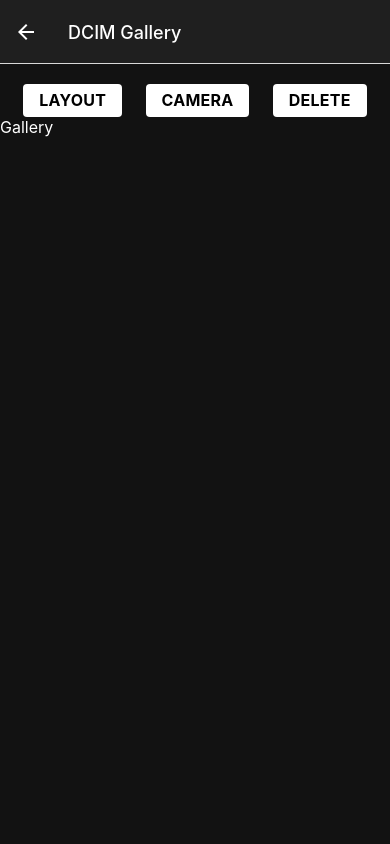
Repository: jzielinski47/react-native-camera-app
Screen: /gallery
An editor plug-in stored every save of this project. The screen is shown before and after the next save, followed by the edit.
The app was drawn by React Native's web renderer in a window 390 px wide. The project was rebuilt for these pictures with package versions that can differ from the ones it lists, and the page was loaded fresh each time.

Above is the screen before, as saved 2022-12-04 15:13:45.

### App.jsx
import * as React from 'react';
import { NavigationContainer } from '@react-navigation/native';
import { createNativeStackNavigator } from '@react-navigation/native-stack';
import { StyleSheet, Text, View, StatusBar } from 'react-native';

import Main from './screens/Main';
import Gallery from './screens/Gallery';

const Stack = createNativeStackNavigator();

export default function App() {
  return (
    <NavigationContainer >
      <Stack.Navigator initialRouteName="main">
        <Stack.Screen name="main" component={Main} options={{ headerShown: false }} />
        <Stack.Screen name="gallery" component={Gallery} options={{ title: 'DCIM Gallery', headerStyle: { backgroundColor: '#1f1f1f' }, headerTintColor: '#fff', }} />
      </Stack.Navigator>
      <StatusBar style="auto" />
    </NavigationContainer>
  );
}

const styles = StyleSheet.create({
  container: { flex: 1, backgroundColor: '#121212' },
});

### screens/Main.jsx
import { StyleSheet, Text, View, StatusBar, ActivityIndicator, TouchableOpacity, ImageBackground, Image } from 'react-native';
import React from 'react'
import CustomButton from '../components/CustomButton';

const image = { uri: "https://images.pexels.com/photos/821749/pexels-photo-821749.jpeg" };

const Main = ({ navigation }) => {
    return (
        <View style={styles.container}>
            <ImageBackground source={image} style={styles.image} blurRadius={0} imageStyle={styles.cover}>
                <Image style={styles.icon} />
                <Text style={styles.title}>Camera App</Text>
                <Text style={styles.text}>Manage your photo gallery</Text>
                <CustomButton title={'Get started'} onPress={() => navigation.navigate('gallery')} />
            </ImageBackground>
        </View>
    )
}

const styles = StyleSheet.create({
    container: { flex: 1, backgroundColor: '#121212' },
    image: { flex: 1, resizeMode: 'cover', justifyContent: 'center', alignItems: 'center' },
    cover: { opacity: 0.7 },
    icon: { width: 50, height: 50, margin: 10 },
    title: { color: 'white', fontWeight: 'bold', fontSize: 32, marginBottom: 5 },
    text: { color: 'white', fontSize: 16, marginBottom: 30 }
});

export default Main;

### screens/Gallery.jsx
import { StyleSheet, Text, View, StatusBar, ActivityIndicator, TouchableOpacity, ImageBackground, Image } from 'react-native';
import React from 'react'
import CustomButtonEmp from '../components/CustomButtonEmp';

export default function Gallery() {
    return (
        <View style={styles.container}>
            <View style={styles.headlineBtns}>
                <CustomButtonEmp title={'layout'} onPress={() => console.log('layout')} />
                <CustomButtonEmp title={'camera'} onPress={() => console.log('camera')} />
                <CustomButtonEmp title={'delete'} onPress={() => console.log('delete')} />
            </View>
            <View>
                <Text style={styles.text}>Gallery</Text>
            </View>
        </View>
    )
}

const styles = StyleSheet.create({
    container: { flex: 1, backgroundColor: '#121212' },
    headlineBtns: { flexDirection: 'row', justifyContent: 'space-evenly', paddingTop: '5%' },
    gallery: { flex: 1, justifyContent: 'center', backgroundColor: 'red', paddingTop: '5%' },
    image: { flex: 1, justifyContent: 'center', alignItems: 'center' },
    icon: { width: 50, height: 50, margin: 10 },
    title: { color: 'white', fontWeight: 'bold', fontSize: 32, marginBottom: 5 },
    text: { color: 'white', fontSize: 16, marginBottom: 30 }
});

### components/CustomButton.jsx
import React from 'react';
import { StyleSheet, Text, View, StatusBar, ActivityIndicator, TouchableOpacity } from 'react-native';

const CustomButton = ({ title, onPress }) => {
    return (
        <TouchableOpacity onPress={onPress} style={styles.button}>
            <Text style={styles.text}>{title}</Text>
        </TouchableOpacity>
    );
};

const styles = StyleSheet.create({
    button: {
        alignItems: 'center',
        justifyContent: 'center',
        paddingVertical: 12,
        paddingHorizontal: 32,
        borderRadius: 4,
        // borderRadius: 30,
        elevation: 3,
        backgroundColor: 'black',
    },
    text: {
        fontSize: 16,
        lineHeight: 21,
        fontWeight: 'bold',
        letterSpacing: 0.25,
        color: 'white',
    }
});


export default CustomButton;

### components/CustomButtonEmp.jsx
import React from 'react';
import { StyleSheet, Text, View, StatusBar, ActivityIndicator, TouchableOpacity } from 'react-native';

const CustomButtonEmp = ({ title, onPress }) => {

    const upper = (str) => str.toUpperCase();

    return (
        <TouchableOpacity onPress={onPress} style={styles.button}>
            <Text style={styles.text}>{upper(title)}</Text>
        </TouchableOpacity>
    );
};

const styles = StyleSheet.create({
    button: {
        alignItems: 'center',
        justifyContent: 'center',
        paddingVertical: 6,
        paddingHorizontal: 16,
        borderRadius: 4,
        // borderRadius: 30,
        elevation: 3,
        backgroundColor: 'white',
    },
    text: {
        fontSize: 16,
        lineHeight: 21,
        fontWeight: 'bold',
        letterSpacing: 0.25,
        color: 'black',
    }
});


export default CustomButtonEmp;

After the next save:
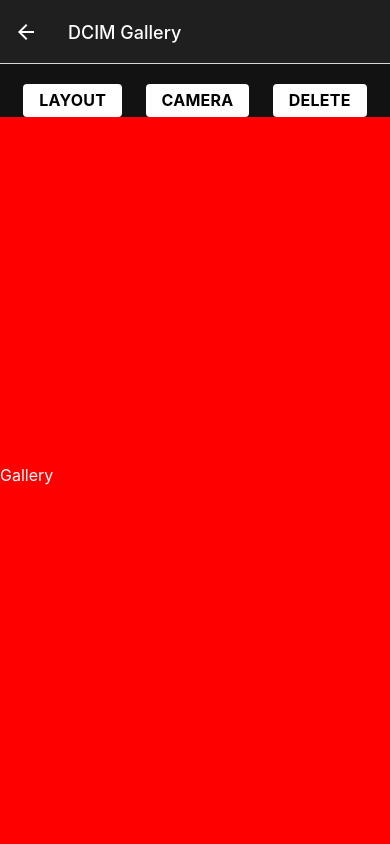
Saved 8 s later.
--- a/screens/Gallery.jsx
+++ b/screens/Gallery.jsx
@@ -10,7 +10,7 @@ export default function Gallery() {
                 <CustomButtonEmp title={'camera'} onPress={() => console.log('camera')} />
                 <CustomButtonEmp title={'delete'} onPress={() => console.log('delete')} />
             </View>
-            <View>
+            <View style={styles.gallery}>
                 <Text style={styles.text}>Gallery</Text>
             </View>
         </View>
